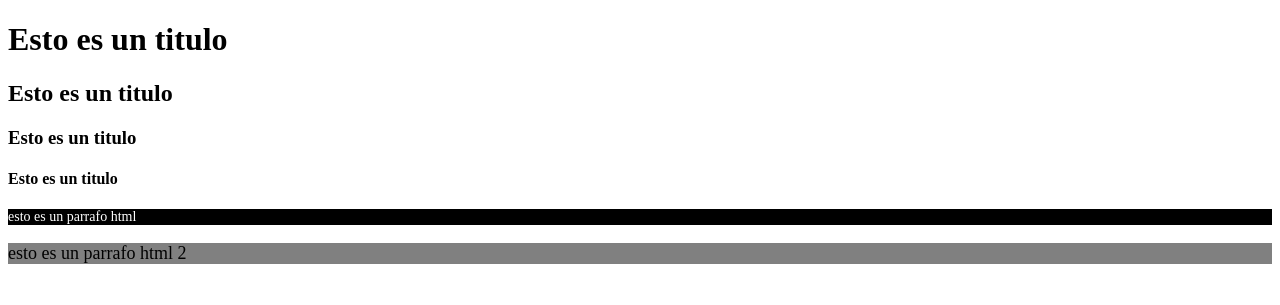
Repository: gazagal/workspace
Page: login-web-app/src/main/webapp/index.html
These files come from the project's save history. The page is drawn as it stood at one moment and after the next save; the edit follows.
The browser window is 1280 px wide. The pictures show the whole page.

Above is the page before, as saved 2016-06-20 17:29:27.

After the next save:
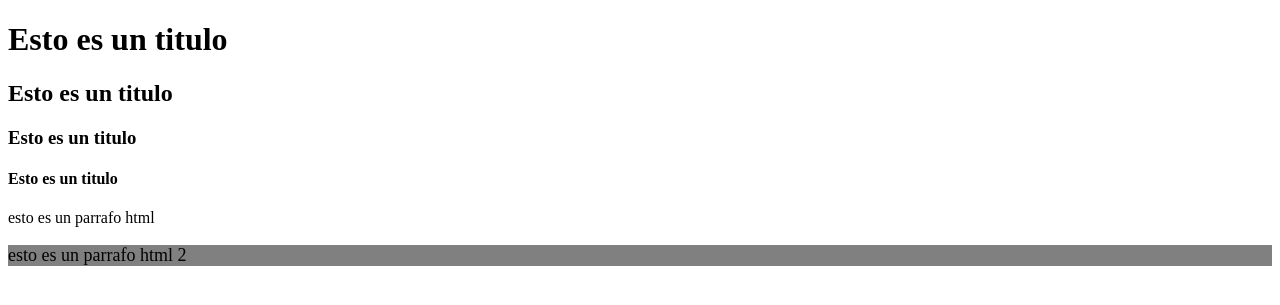
Saved 20 h 9 min later.
--- a/login-web-app/src/main/webapp/index.html
+++ b/login-web-app/src/main/webapp/index.html
@@ -15,7 +15,7 @@
 	<h3>Esto es un titulo</h3>
 	<h4>Esto es un titulo</h4>
 
-	<p class="intro">esto es un parrafo html</p>
+	<p>esto es un parrafo html</p>
 	<p class="contenido">esto es un parrafo html 2</p>
 
 
